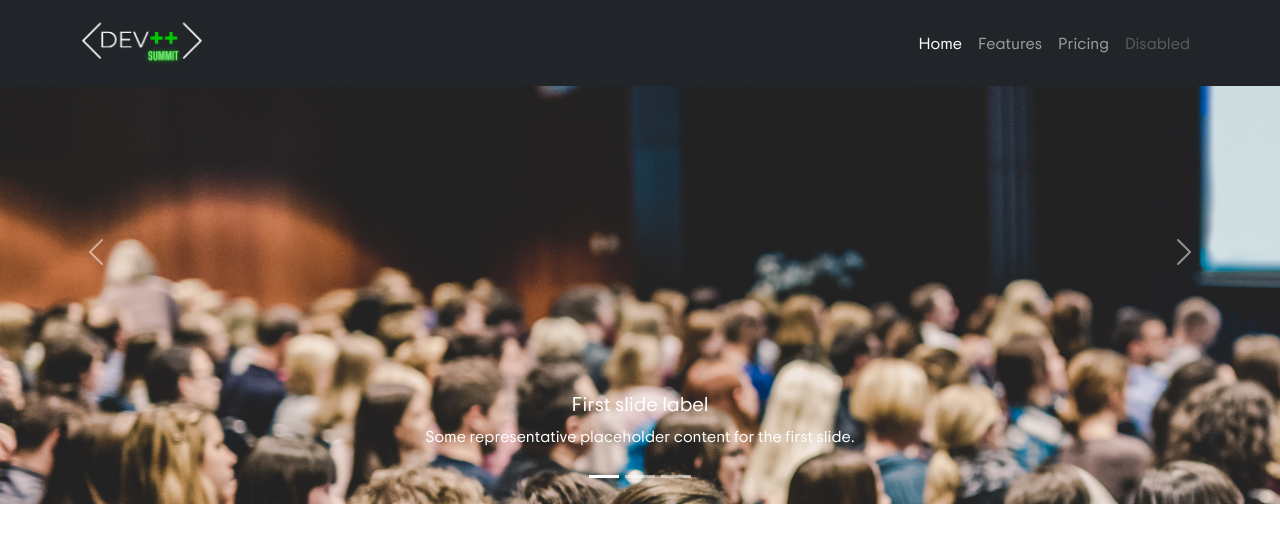
Repository: GScholl/ProjetoWeb_
Page: index.html
The author's editor kept a copy of each file at every save. The page is drawn from the files as they stood at one save, then again after the next save.
The browser window is 1280 px wide. The pictures show the whole page.

Above is the page before, as saved 2023-08-23 09:22:19.

### index.html
<!DOCTYPE html>
<html lang="pt-BR">

<head>
  <meta charset="UTF-8">
  <meta name="viewport" content="width=device-width, initial-scale=1.0">
  <title>Dev+</title>
  <link rel="stylesheet" href="/Bootstrap/css/bootstrap.min.css">
  <link rel="stylesheet" href="/css/style.css">
</head>

<body>
  <nav class="navbar navbar-expand-lg fixed-top navbar-dark bg-dark t">
    <div class="container d-flex  flex-row  justify-content-between">


        <a class="navbar-brand" href="#"><img src="/img/DEV+.png" alt="logotipo da conferência" class="logo"></a>
        <button class="navbar-toggler" type="button" data-bs-toggle="collapse" data-bs-target="#navbarNav"
          aria-controls="navbarNav" aria-expanded="false" aria-label="Toggle navigation">
          <span class="navbar-toggler-icon"></span>
        </button>

      <div class="collapse navbar-collapse justify-content-end " id="navbarNav">
        <ul class="navbar-nav">
          <li class="nav-item">
            <a class="nav-link active" aria-current="page" href="#">Home</a>
          </li>
          <li class="nav-item">
            <a class="nav-link" href="#">Features</a>
          </li>
          <li class="nav-item">
            <a class="nav-link" href="#">Pricing</a>
          </li>
          <li class="nav-item">
            <a class="nav-link disabled">Disabled</a>
          </li>
        </ul>
      </div>

    </div>
  </nav>
<div id="carouselExampleCaptions" class="carousel slide" data-bs-ride="false">
  <div class="carousel-indicators">
    <button type="button" data-bs-target="#carouselExampleCaptions" data-bs-slide-to="0" class="active"
      aria-current="true" aria-label="Slide 1"></button>
    <button type="button" data-bs-target="#carouselExampleCaptions" data-bs-slide-to="1" aria-label="Slide 2"></button>
    <button type="button" data-bs-target="#carouselExampleCaptions" data-bs-slide-to="2" aria-label="Slide 3"></button>
  </div>

  <div class="carousel-inner">
    <div class="carousel-item active  item-1">

      <div class="carousel-caption d-none d-md-block">
        <h5>First slide label</h5>
        <p>Some representative placeholder content for the first slide.</p>
      </div>
    </div>
    <div class="carousel-item item-2 ">
      <img src="/img/2.png" class="d-block w-100" alt="Palestra">
      <div class="carousel-caption d-none d-md-block">
        <h5>Second slide label</h5>
        <p>Some representative placeholder content for the second slide.</p>
      </div>
    </div>
    <div class="carousel-item item-3">
    <img src="/img/3.png" class="d-block w-100" alt="Palestrante">
      <div class="carousel-caption d-none d-md-block">
        <h5>Third slide label</h5>
        <p>Some representative placeholder content for the third slide.</p>
      </div>
    </div>
  </div>
  <button class="carousel-control-prev" type="button" data-bs-target="#carouselExampleCaptions" data-bs-slide="prev">
    <span class="carousel-control-prev-icon" aria-hidden="true"></span>
    <span class="visually-hidden">Previous</span>
  </button>
  <button class="carousel-control-next" type="button" data-bs-target="#carouselExampleCaptions" data-bs-slide="next">
    <span class="carousel-control-next-icon" aria-hidden="true"></span>
    <span class="visually-hidden">Next</span>
  </button>
</div>
  <script src="/Bootstrap/js/bootstrap.bundle.min.js"></script>
</body>

</html>

### css/style.css
@font-face {
  font-family: "Trip-sans";
  src: url(/font/TripSans-Regular.ttf);
}
*{
  font-family: "Trip-sans",sans-serif;
  transition: .2s all;
}
.logo{

  height: 60px;
}
.item-1{
  background-image: url(/img/1.png);
  height: 70vh;
  background-position: cover;
}
.item-2{

}
.item-3{

}

Loaded but not shown: Bootstrap/css/bootstrap.min.css (library); Bootstrap/js/bootstrap.bundle.min.js (library)

After the next save:
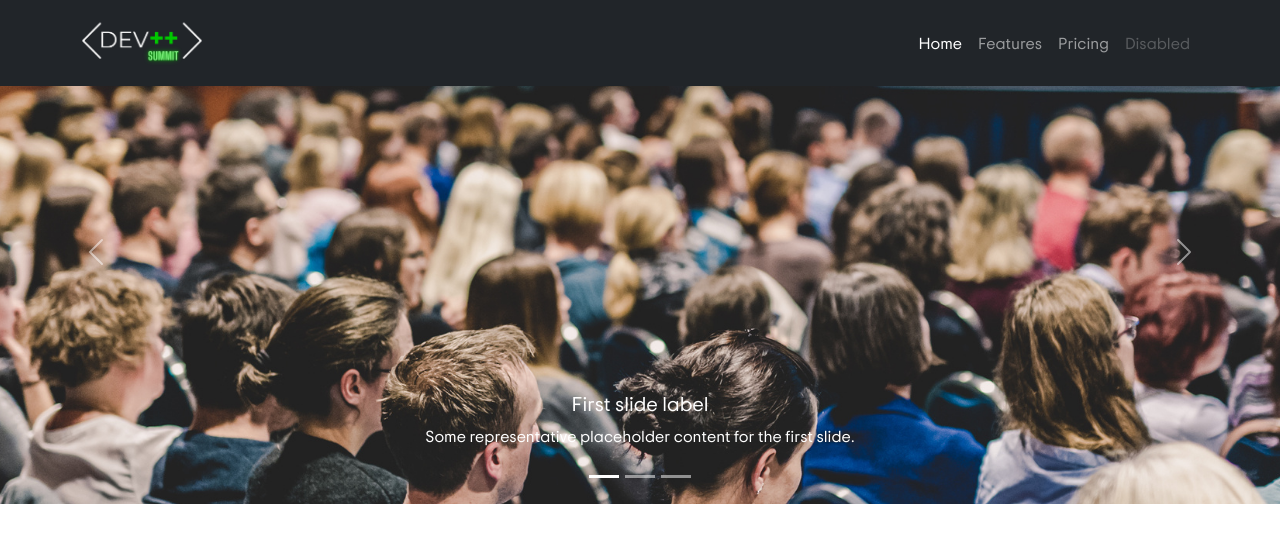
Saved 6 s later.
--- a/css/style.css
+++ b/css/style.css
@@ -13,7 +13,7 @@
 .item-1{
   background-image: url(/img/1.png);
   height: 70vh;
-  background-position: cover;
+  background-position: center;
 }
 .item-2{
 
